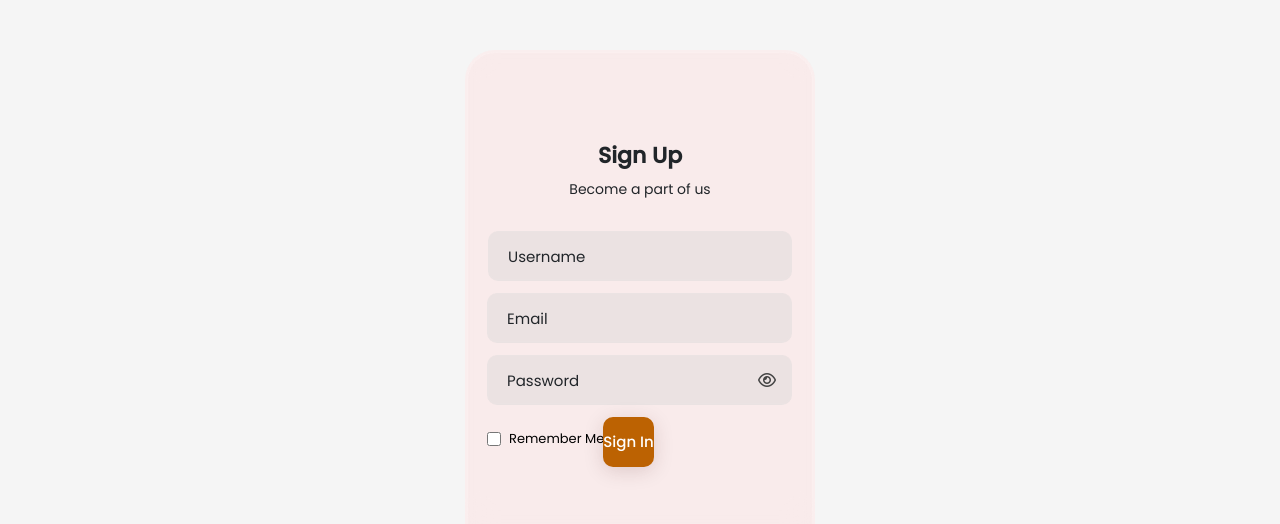
Repository: MauDucKG/BigFarm
Page: http://localhost/BigFarm/views/main/register/index.php
An editor plug-in stored every save of this project. The page is shown before and after a run of saves, followed by the edit.
The browser window is 1280 px wide. The pictures show the whole page.
Some web libraries are served in a nearby version. The page is run by PHP 8.4 with error messages shown; the project is at /var/www/html/.

Above is the page before, as saved 2023-04-26 18:42:03.

After the next 2 saves:
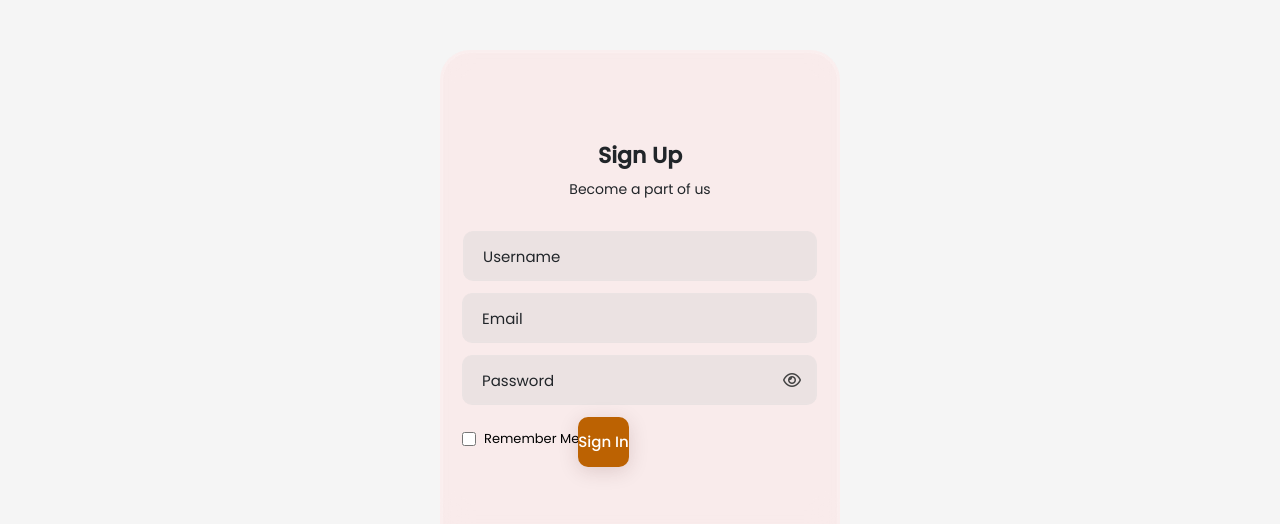
The 2 saves are shown as one change because they came seconds apart.
The last was saved 50 s later.
--- a/views/main/register/index.php
+++ b/views/main/register/index.php
@@ -29,7 +29,7 @@
             position: relative;
             padding: 60px 20px 30px 20px;
             height: 620px;
-            width: 350px;
+            width: 400px;
             background-color: rgba(255, 220, 220, 0.4);
             border-radius: 30px;
             -webkit-backdrop-filter: blur(15px);
